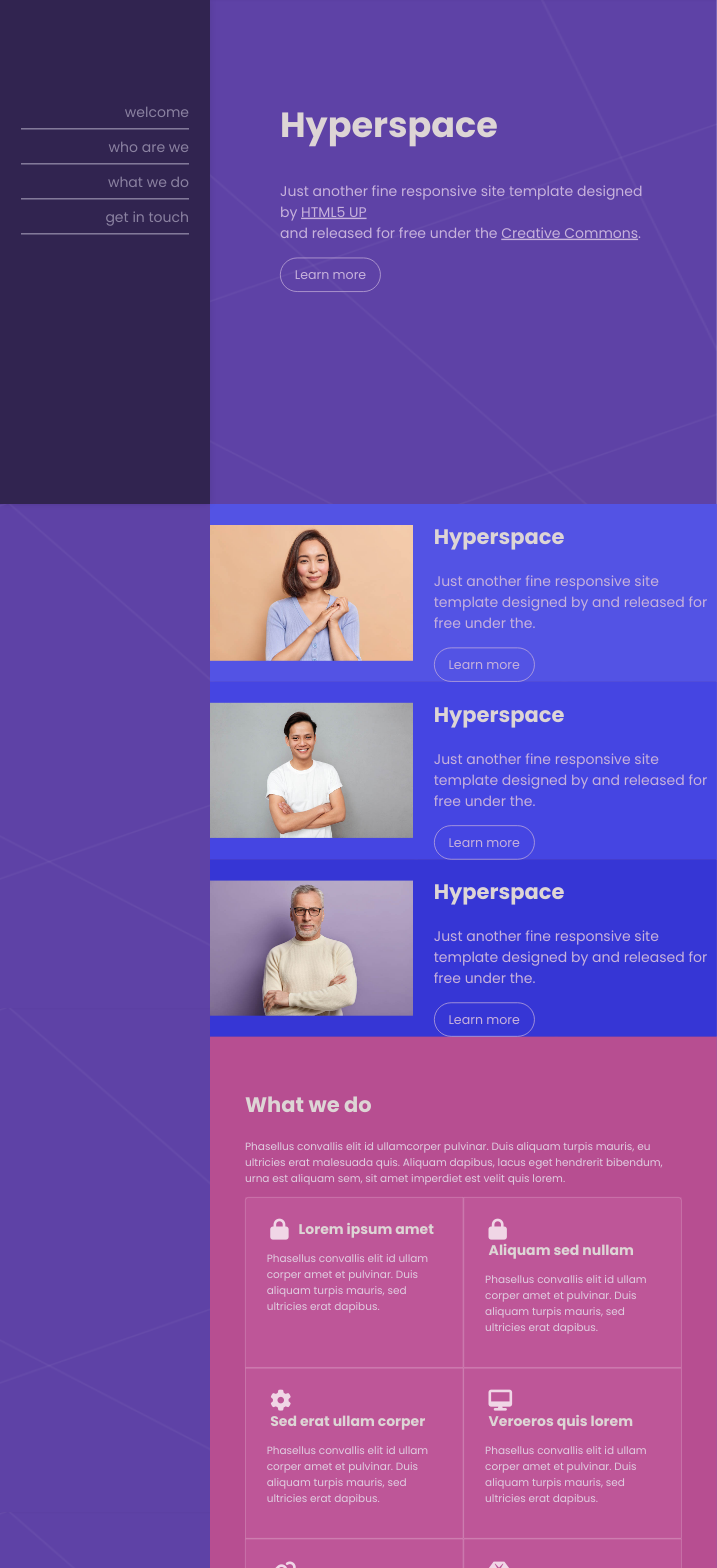
Repository: zai31/KIMIT_Tasks
Page: JsSession8/index.html
These files come from the project's save history. The page is drawn as it stood at one moment and after the next save; the edit follows.
The browser window is 1024 px wide. The pictures show the part of the page from y = 0 to 2240 px (the page is 3492 px tall before and 3562 px after), at 70% of full size.
Backgrounds fixed to the window are drawn as part of the page.

Above is the page before, as saved 2025-09-16 17:57:33.

### JsSession8/index.html
<!DOCTYPE html>
<html lang="en">
<head>
    <meta charset="UTF-8">
    <meta name="viewport" content="width=device-width, initial-scale=1.0">
    <link rel="stylesheet" href="./css/style.css">
	<link href="https://cdnjs.cloudflare.com/ajax/libs/font-awesome/6.5.2/css/all.min.css" rel="stylesheet">

    <title>Responsive</title>
</head>

<body>
    <section  class="flex-section">
        <div class="menu">
        <ul>
            <li><a href="#">welcome</a></li>
            <li><a href="#">who are we</a></li>
            <li><a href="#">what we do</a></li>
            <li><a href="#">get in touch</a></li>
        </ul>
</div>
<div class="section">
    <div class="content">
      <div class="intro">
							<h1>Hyperspace</h1>
							<p>Just another fine responsive site template designed by <a href="https://html5up.net">HTML5 UP</a><br>
							and released for free under the <a href="https://html5up.net/license">Creative Commons</a>.</p>
							<button>Learn more</button>

						</div>
    <div class="overview">
        <div class="s" style="background-color: rgb(83, 83, 228);">
           <img src="./images/1.jpg" alt="">

							<div ><h1>Hyperspace</h1>
                                <p>Just another fine responsive site template designed by
							and released for free under the.</p>
							<button>Learn more</button></div>
        </div>
        <div class="s" style="background-color: rgb(69, 69, 226);">
            <img src="./images/2.jpg" alt="">
							<div >
                                           	<h1>Hyperspace</h1>
<p>Just another fine responsive site template designed by
							and released for free under the.</p>
							<button>Learn more</button></div>
        </div>
        <div class="s" style="background-color: rgb(54, 54, 213);">
            <img src="./images/3.jpg" alt="">
							<div >
                                           	<h1>Hyperspace</h1>
<p>Just another fine responsive site template designed by
							and released for free under the.</p>
							<button>Learn more</button></div>
        </div>
    <div class="what">
							<h2 style="font-size: 30px;">What we do</h2>
							<p>Phasellus convallis elit id ullamcorper pulvinar. Duis aliquam turpis mauris, eu ultricies erat malesuada quis. Aliquam dapibus, lacus eget hendrerit bibendum, urna est aliquam sem, sit amet imperdiet est velit quis lorem.</p>
							<div class="features">
								<section style="border-radius:5px 0px 0px 0 ;">
									<span style="color: rgba(255, 255, 255, 0.759); font-size: 30px;" class="fa-solid fa-lock"></span>
									<h3 >Lorem ipsum amet</h3>
									<p>Phasellus convallis elit id ullam corper amet et pulvinar. Duis aliquam turpis mauris, sed ultricies erat dapibus.</p>
								</section>
								<section style="border-radius:0 5px 0px 0 ;">
									<span style="color: rgba(255, 255, 255, 0.759); font-size: 30px;" class="fa-solid fa-lock"></span>
									<h3>Aliquam sed nullam</h3>
									<p>Phasellus convallis elit id ullam corper amet et pulvinar. Duis aliquam turpis mauris, sed ultricies erat dapibus.</p>
								</section>
								<section>
									<span style="color: rgba(255, 255, 255, 0.759); font-size: 30px;" class="fa-solid  fa-cog"></span>
									<h3>Sed erat ullam corper</h3>
									<p>Phasellus convallis elit id ullam corper amet et pulvinar. Duis aliquam turpis mauris, sed ultricies erat dapibus.</p>
								</section>
								<section>
									<span style="color: rgba(255, 255, 255, 0.759); font-size: 30px;" class="fa-solid fa-desktop"></span>
									<h3>Veroeros quis lorem</h3>
									<p>Phasellus convallis elit id ullam corper amet et pulvinar. Duis aliquam turpis mauris, sed ultricies erat dapibus.</p>
								</section>
								<section style="border-radius:0 0px 0px 5px  ;">
									<span class="fa-solid fa-link" style="color: rgba(255, 255, 255, 0.759); font-size: 30px;"></span>
									<h3>Urna quis bibendum</h3>
									<p>Phasellus convallis elit id ullam corper amet et pulvinar. Duis aliquam turpis mauris, sed ultricies erat dapibus.</p>
								</section>
								<section style="border-radius:0 0px 5px 0 ;">
									<span class="fa-solid fa-gem" style="color: rgba(255, 255, 255, 0.759); font-size: 30px;" ></span>
									<h3>Aliquam urna dapibus</h3>
									<p>Phasellus convallis elit id ullam corper amet et pulvinar. Duis aliquam turpis mauris, sed ultricies erat dapibus.</p>
								</section>
							</div>
							<ul class="actions">
								<li style="list-style: none;"><a href="generic.html" class="button" style="text-decoration: none; color: thistle;">Learn more</a></li>
							</ul>

    </div>
                        </div>
	<div class="form">
		<h2 style="font-size: 30px;">Get in touch</h2>
							<p>Phasellus convallis elit id ullamcorper pulvinar. Duis aliquam turpis mauris, eu ultricies erat malesuada quis. Aliquam dapibus, lacus eget hendrerit bibendum, urna est aliquam sem, sit amet imperdiet est velit quis lorem.</p>
							<div class="formS"><form action="">
								<div class="fields">

								<div class="row">

									<div class="field">
										<label for="name">Name</label>
										<input type="text" name="name" id="name" />
									</div>
									<div class="field">
										<label for="email">Email</label>
										<input type="email" name="email" id="email" />
									</div></div>
									<div class="field">
										<label for="message">Message</label>
										<textarea name="message" id="message" rows="3"></textarea>
									</div>
								</div>
								<ul style="list-style: none;padding: 0px;" class="actions">
									<li><input type="submit" value="Send" /></li>
								</ul>
							</form>
							<div class="line"></div>
							<section>
								<ul style="list-style: none;" class="contact">
										<li>
											<h3>Address</h3>
											<span>12345 Somewhere Road #654<br>
											Nashville, TN 00000-0000<br>
											USA</span>
										</li>
										<li>
											<h3>Email</h3>
											<a href="#">user@untitled.tld</a>
										</li>
										<li>
											<h3>Phone</h3>
											<span>(000) 000-0000</span>
										</li>
										<li>
											<h3>Social</h3>
											<ul style="list-style: none; display: flex; padding: 0px;gap: 10px;" class="icons">
												<li><a href="#" class="fa-brands fa-twitter"><span class="label"></span></a></li>
												<li><a href="#" class="fa-brands fa-facebook"><span class="label"></span></a></li>
												<li><a href="#" class="fa-brands fa-github"><span class="label"></span></a></li>
												<li><a href="#" class="fa-brands fa-instagram"><span class="label"></span></a></li>
												<li><a href="#" class="fa-brands fa-linkedin-in"><span class="label"></span></a></li>
											</ul>
										</li>
									</ul>
							</section>

							</div>
	</div>
	<div class="footer">
					<ul style="list-style: none;color: rgba(240, 248, 255, 0.3);display:flex;gap: 10px;">
						<li >© Untitled. All rights reserved.</li>
						<li style="width: 1px; background-color: rgba(255, 255, 255, 0.253);height:16px;margin: auto 0;"></li>
						<li>Images: <a style="text-decoration: none;color: rgba(255, 255, 255, 0.253);" href="http://unsplash.com">Unsplash</a></li>
						<li style="width: 1px; background-color: rgba(255, 255, 255, 0.253);height:16px;margin: auto 0;"></li>

						<li>Design: <a  style="text-decoration: none;color: rgba(255, 255, 255, 0.253);"href="https://html5up.net">HTML5 UP</a></li>
					</ul>
				</div>
							</div>
                        </div>

                    </section>
</body>
</html>

### JsSession8/CSS/style.css
@import url("https://fonts.googleapis.com/css2?family=Poppins:ital,wght@0,100;0,200;0,300;0,400;0,500;0,600;0,700;0,800;0,900;1,100;1,200;1,300;1,400;1,500;1,600;1,700;1,800;1,900&display=swap");

* {
    box-sizing: border-box;
    font-family: "Poppins", sans-serif;
}

:root {
    --sidebar-color: #312450;
    --primary-color: #5e42a6;
    --secondary-color: #b74e91;
    --section-bg-color: #c7b2dc;
    --dark-color: #000000;
    --navbar-bg-color: #273053;
    --p-color: #717275;
    --highlight-icon-color: #ff0100;
    --main-transition: 0.5s all ease-in-out;
}


html,
body {
    height: 100%;
    margin: 0;
    padding: 0;
}

.flex-section {
    display: flex;
    flex-direction: row;

}

/*side bar*/
.flex-section .menu {
    min-height: 100vh;
    /* ensures sidebar spans at least the full screen */
    height: auto;
    /* lets it grow with content */
    width: 300px;
    top: 0;
    left: 0;
    position: fixed;
    background-color: var(--sidebar-color);
    padding: 145px 30px;
    box-shadow: 0 0 10px rgba(0, 0, 0, 0.1);
}



.flex-section .menu ul {
    list-style: none;
    padding: 0;
    margin: 0;
    text-align: right;
}

.flex-section .menu ul li {
    margin-bottom: 10px;
    font-size: 20px;
    position: relative;
    /* needed for ::after positioning */
    padding-bottom: 10px;
}

.flex-section .menu ul li a {
    text-decoration: none;
    color: #8b82a1;

}

.flex-section .menu ul li::after {
    content: "";
    position: absolute;
    left: 0;
    bottom: 0;
    width: 100%;
    /* stick to the bottom */
    height: 2px;
    background-color: #8b82a1;
    /* thickness of underline */
    transition: width 0.3s ease;
}

/*use js*/
.flex-section .menu ul li a:hover::after {
    width: 100%;
    /* expand underline on hover */
}


.flex-section .menu ul li a:hover {
    color: #b5b8bf;
}

.flex-section .menu ul li a:active {
    color: #5e42a6;
}

.flex-section .menu ul li a:active::after {
    background: linear-gradient(to right, #4b0082, #8b00ff, #981196);
}

/*****respponsive *****/


/**************content*************/

/*content first section */
.flex-section .section {
    flex: 1;
    background-color: var(--section-bg-color);
    background-attachment: fixed;
    background-image: url("../assets/css/images/Screenshot\ 2025-09-15\ 075920.png");
    background-position: top right;
    background-repeat: no-repeat;
    background-size: 100% 100%;
    padding-left: 300px;
}

.flex-section .section .content {
    display: flex;
    flex-direction: column;
    width: 100%;
}

.flex-section .section .content .intro {
    padding: 100px;
    width: 100%;
    height: 100vh;
}

.flex-section .section .content .intro h1 {
    color: rgb(221, 213, 213);
    font-size: 50px;
}

.flex-section .section .content .intro p,
.flex-section .section .content .intro a {
    color: var(--section-bg-color);
    font-size: 20px;
}

.flex-section .section .content .intro a:hover {
    color: #fefefe;
    text-decoration: none;
}

.flex-section .section .content .intro button {
    color: var(--section-bg-color);
    background-color: transparent;
    border: 1px solid var(--section-bg-color);
    padding: 10px 20px;
    border-radius: 25px;
    cursor: pointer;
    text-decoration: none;
    font-size: 18px;
}

.flex-section .section .content .intro button:hover {
    background-color: #6f54b6;
}




/*content second section */

.flex-section .section .content .overview .s {
    display: flex;
    flex-direction: row;
    align-items: center;
    gap: 30px;
}

.flex-section .section .content .overview .s h1 {
    color: rgb(221, 213, 213);
    font-size: 30px;
}

.flex-section .section .content .overview .s p {
    color: var(--section-bg-color);
    font-size: 20px;
}

.flex-section .section .content .overview .s button {
    color: var(--section-bg-color);
    background-color: transparent;
    border: 1px solid var(--section-bg-color);
    padding: 10px 20px;
    border-radius: 25px;
    cursor: pointer;
    text-decoration: none;
    font-size: 18px;
}

.flex-section .section .content .overview .s button:hover {
    background-color: rgb(77, 77, 246);
}

.flex-section .section .content .overview .s img {
    width: 40%;
}

/**responsive**/
@media screen and (min-width: 425px) and (max-width: 768px) and (orientation: portrait) {

    .flex-section .section {
        padding-left: 0; /* remove left offset since sidebar is gone */
    }
    .s{
        flex-direction: column;
    }
    .flex-section .section .content .overview .s img {
        width: 100%;
    }

}

/*what section*/

.flex-section .section .content .what {
    padding: 50px;
    width: 100%;
    background-color: var(--secondary-color);
}

.flex-section .section .content .what h3,
.flex-section .section .content .what h2 {
    color: rgb(221, 213, 213);
    font-size: 20px;
}
.flex-section .section .content .what p {
    color: #e0cee1;
    font-size: 15px;
}

.flex-section .section .content .what .features{
    display: flex;
    flex-direction: row;
    flex-wrap: wrap;
    background-color: #be5698;


}
.flex-section .section .content .what .features section {
 flex: 1 1 50%;     /* grow/shrink, ~half width with gap */
 border: 0.5px solid rgba(255, 255, 255, 0.248);
 box-sizing: border-box;
 padding: 30px;

}
.flex-section .section .content .what .actions {
   color: var(--section-bg-color);
    background-color: transparent;
    border: 1px solid var(--section-bg-color);
    padding: 10px 20px;
    border-radius: 25px;
    cursor: pointer;
    text-decoration: none;
    font-size: 18px;
    width: 150px;
}

 .what .actions:hover {
    background-color: rgb(212, 107, 177);
}
.features section span,
.features section h3 {
  display: inline-block;
  vertical-align: middle;
  margin: 0 5px;
}

/*form*/

.form {
    padding: 50px;
    width: 100%;
    background-color: var(--primary-color);

}
.form .formS
{
   display: flex;
   flex-direction: row;
}
.form h2 {
    color: rgba(221, 213, 213, 0.873);
    font-size: 30px;
}
.form p {
    color: #e0cee19d;
    font-size: 15px;
}
 .fields {
    display: flex;
    flex-direction: row;
    flex-wrap: wrap;
    width: 80%;
    border-radius: 10px;
    height: 80%;
    gap: 20px;
}

.field {
  display: flex;
  flex-direction: column;
  flex: 1; /* make name and email share equal width */
}
.field input, .field textarea{
    background-color: transparent;
    border: 1px solid #e0cee127;
    border-radius: 5px;
    cursor: pointer;
    text-decoration: none;
    font-size: 18px;
    color: #e0cee19d;
}
.field label {
    color: #e0cee19d;
    font-size: 17px;
}
.contact-info {
  flex: 1; /* right side column */
  color: #e0cee19d;
}

.form .fields .row {
    display: flex;
    flex-direction: row;
    flex-wrap: wrap;
    width: 100%;
    gap: 20px;}

    .field textarea
    {
        height: 200px;
    }
.line {
    width: 2px;
    background-color:#ffffff28; /* or border-left: 1px solid #e0cee127; */
    margin: 0 15px; /* spacing from form and contact info */
    align-self: stretch; /* makes it fill the full height of the flex container */
}
.formS .contact{
    width: 100%;
}
.formS .contact h3 {
    color: rgba(221, 213, 213, 0.873);
    font-size: 20px;
}
.formS .contact span {
    color: #e0cee19d;
    font-size: 15px;
}
.formS .actions input
{
    color: var(--section-bg-color);
    background-color: transparent;
    border: 1px solid var(--section-bg-color);
    padding: 10px 20px;
    border-radius: 25px;
    cursor: pointer;
    text-decoration: none;
    font-size: 16px;
    width: 140px;
    list-style: none;
}

.footer
{
    padding: 50px;
    width: 100%;
    height: 140px;
    background-color:#413167;
}

After the next save:
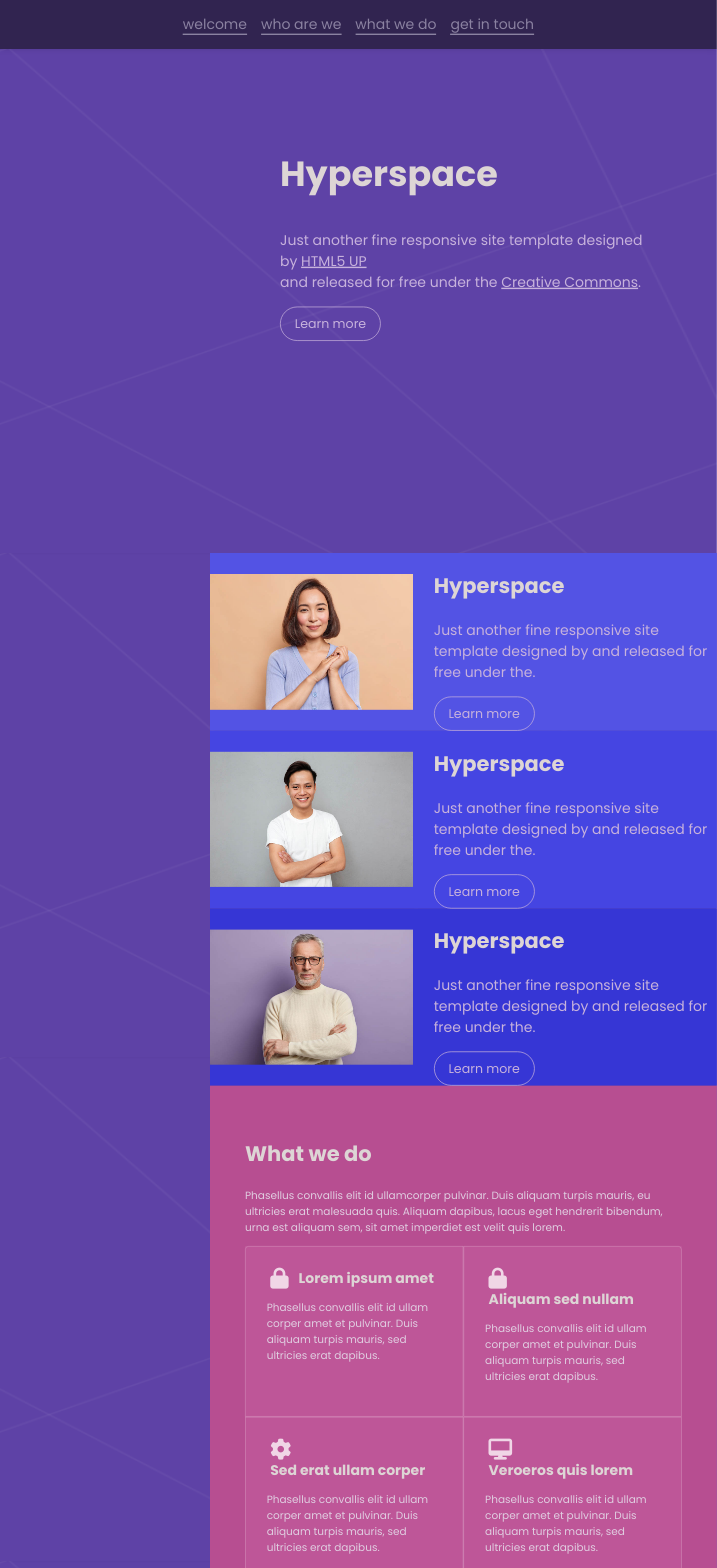
Saved 76 s later.
--- a/JsSession8/CSS/style.css
+++ b/JsSession8/CSS/style.css
@@ -102,7 +102,40 @@ body {
 }
 
 /*****respponsive *****/
-
+@media screen and (max-width: 1024px) {
+  .flex-section {
+    flex-direction: column; /* stack menu on top */
+  }
+
+  .flex-section .menu {
+    position: relative;   /* no longer fixed on side */
+    width: 100%;          /* take full width */
+    height: auto;
+    min-height: auto;
+    padding: 20px;        /* reduce padding */
+    display: flex;
+    justify-content: center; /* center the links */
+    align-items: center;
+  }
+
+  .flex-section .menu ul {
+    display: flex;
+    flex-direction: row;   /* row layout */
+    justify-content: center;
+    gap: 20px;
+    text-align: center;
+    width: 100%;
+  }
+
+  .flex-section .menu ul li {
+    margin: 0; /* remove bottom margin */
+    padding: 0;
+  }
+
+  .flex-section .section {
+    padding-left: 0; /* remove left offset since sidebar is gone */
+  }
+}
 
 /**************content*************/
 
